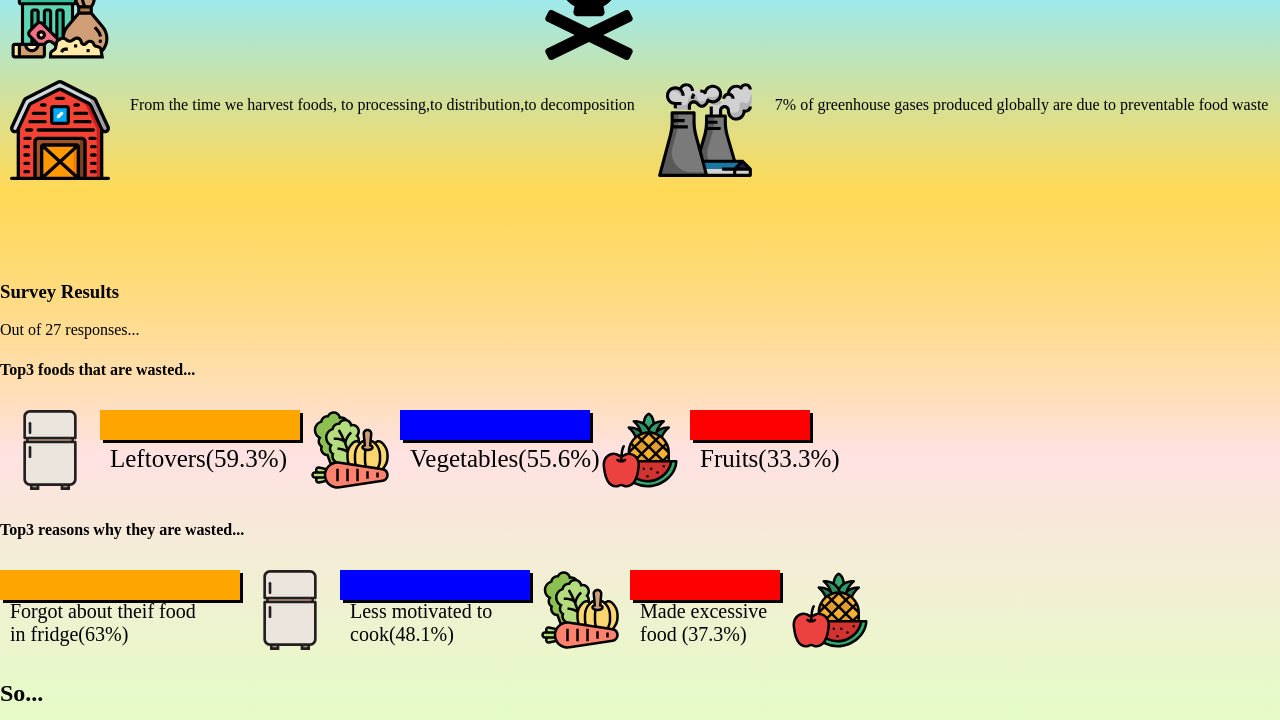
Repository: iorid3/Midterm
Page: index.html
The author's editor kept a copy of each file at every save. The page is drawn from the files as they stood at one save, then again after the next save.
The browser window is 1280 px wide. The pictures show the whole page.
An inner scrolling area shows only its first screen.

Above is the page before, as saved 2021-03-08 12:40:25.

After the next save:
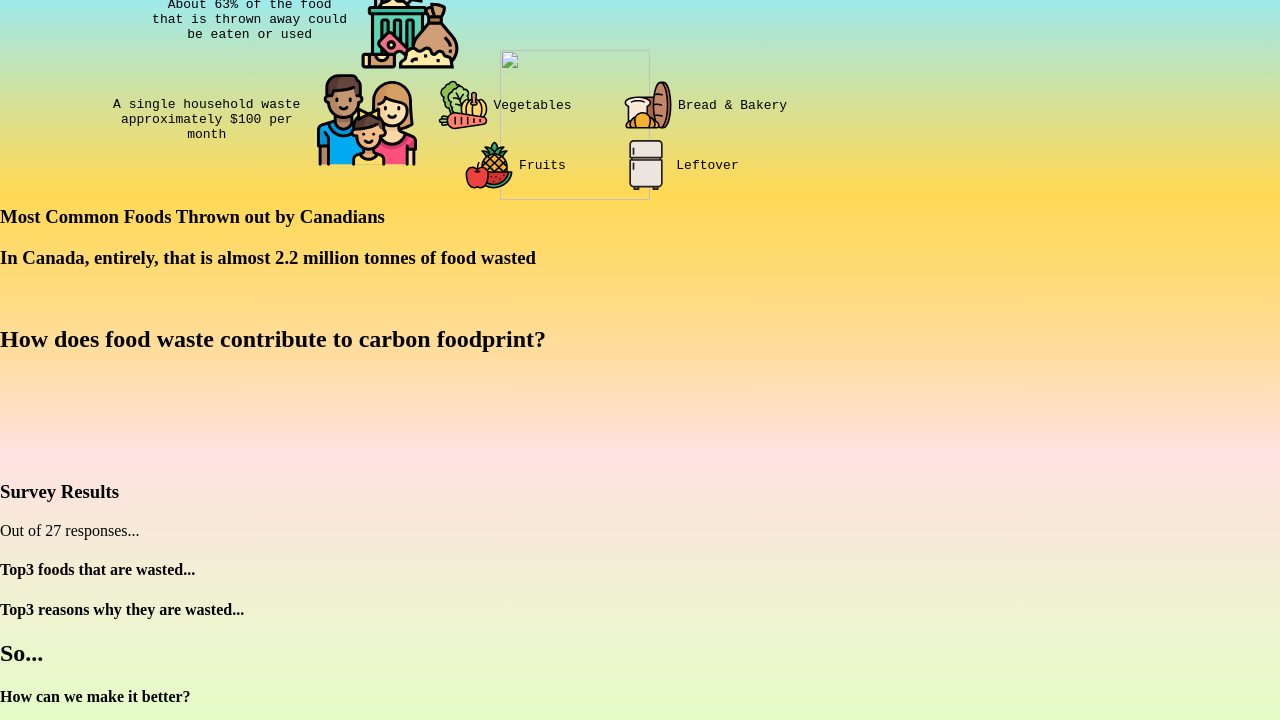
Not found: Images/crowd.svg
Not found: icons/down-arrow.svg
Saved 15 s later.
--- a/index.js
+++ b/index.js
@@ -1,11 +1,23 @@
 
-document.querySelector(".comp6").innerHTML +=  Carboncomp(text = "Waste food that ends up in the landfill produces methane gas",url= "images/garbage.svg");
-document.querySelector(".comp6").innerHTML +=  Carboncomp(text ="which 21x more potent than carbon dioxide. It may give serious damage to our society. ",url ="images/skull.svg" );
-document.querySelector(".comp6").innerHTML +=  Carboncomp(text = "From the time we harvest foods, to processing,to distribution,to decomposition", url ="images/barn.svg");
-document.querySelector(".comp6").innerHTML +=  Carboncomp();
-document.querySelector(".comp7").innerHTML +=  Graphcomp("Images/fridge.svg",text ="Leftovers(59.3%)",color ="orange",width ="200px");
-document.querySelector(".comp7").innerHTML +=  Graphcomp("Images/vegetable.svg",text ="Vegetables(55.6%)",color ="blue",width ="190px");
-document.querySelector(".comp7").innerHTML +=  Graphcomp("Images/fruits.svg",text ="Fruits(33.3%)",color ="red",width ="120px");
-document.querySelector(".comp8").innerHTML +=  Graphcomp2("Images/fridge.svg",text ="Forgot about theif food in fridge(63%)",color ="orange",width ="240px");
-document.querySelector(".comp8").innerHTML +=  Graphcomp2("Images/vegetable.svg",text ="Less motivated to cook(48.1%)",color ="blue",width ="190px");
-document.querySelector(".comp8").innerHTML +=  Graphcomp2("Images/fruits.svg",text ="Made excessive food (37.3%)",color ="red",width ="150px");
+
+
+
+
+
+
+
+
+
+//add claudia's componenets
+
+document.querySelector(".comp3_1").innerHTML += Comp3UI('Average Canadian wastes 140kg of food in a year', 'Images/crowd.svg')
+document.querySelector(".comp3_2").innerHTML += Comp3UI('That’s worth about $1,100 Canadian dollars', 'Images/plant.svg')
+document.querySelector(".comp3_3").innerHTML += Comp3UI('About 63% of the food that is thrown away could be eaten or used', 'Images/garbage.svg')
+document.querySelector(".comp3_4").innerHTML += Comp3UI('A single household waste approximately $100 per month', 'Images/family.svg')
+
+document.querySelector(".comp4_1").innerHTML += Comp4UI('Images/vegetable.svg', 'Vegetables',70,370)
+document.querySelector(".comp4_2").innerHTML += Comp4UI('Images/bread.svg', 'Bread & Bakery',70,570)
+document.querySelector(".comp4_3").innerHTML += Comp4UI('Images/fruits.svg', 'Fruits',130,380)
+document.querySelector(".comp4_4").innerHTML += Comp4UI('Images/fridge.svg', 'Leftover',130,545)
+
+document.querySelector(".comp5").innerHTML += Comp5UI(50,500,'icons/down-arrow.svg')
